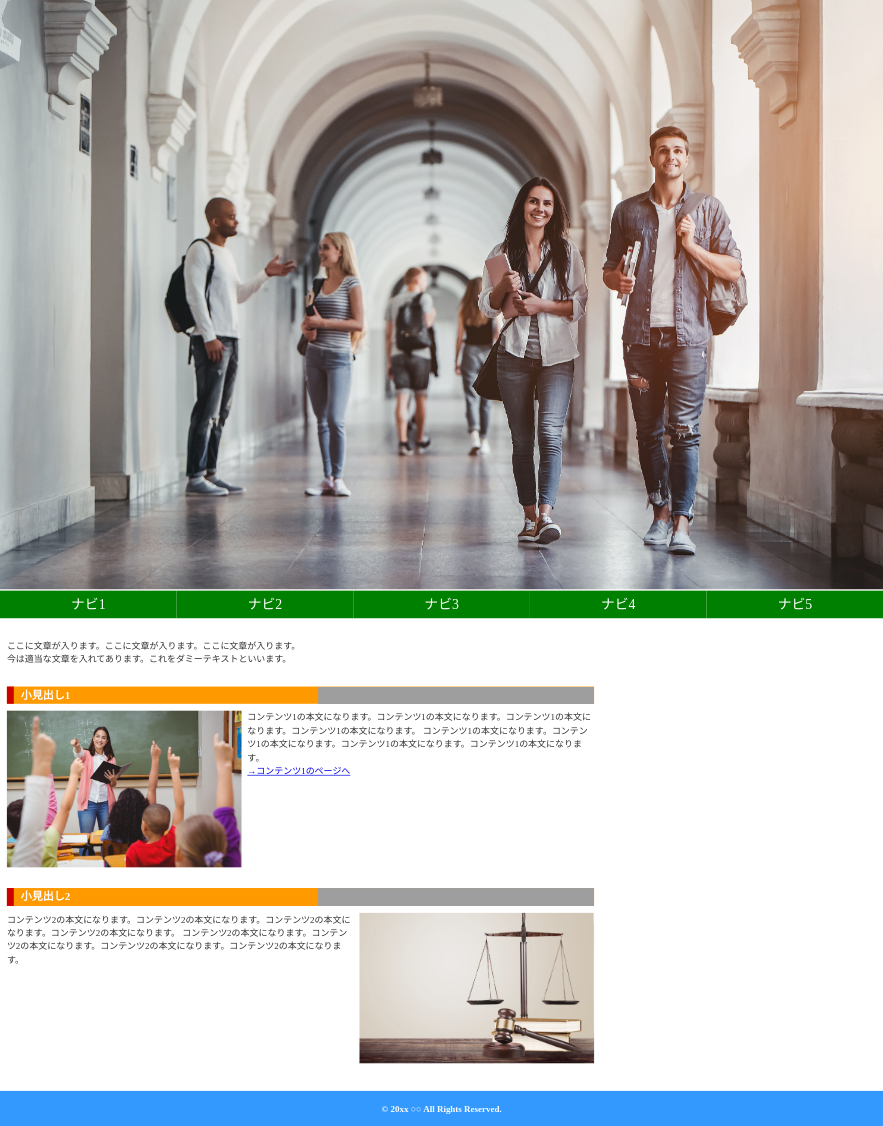
Repository: REO0315/samurai_HTML-CSS
Page: samurai/home.html
The author's editor kept a record of every edit. The page is drawn from the files as they stood at one moment, then again after the next edit.
The browser window is 1280 px wide. The pictures show the whole page, at 69% of full size.
Pictures or frames that could not be fetched are drawn as grey boxes.

Above is the page before.

After the next edit:
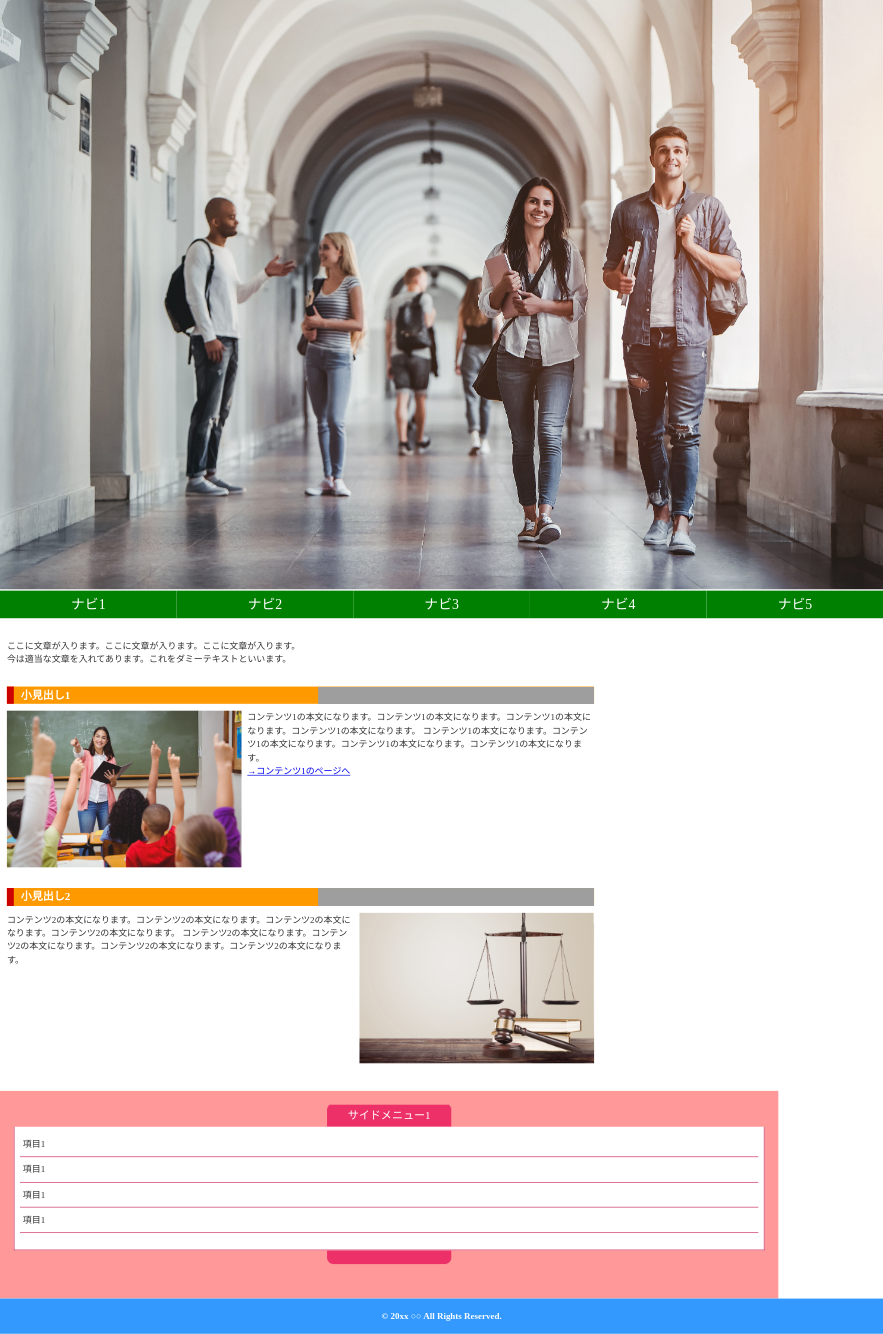
The edit:
--- a/samurai/home.html
+++ b/samurai/home.html
@@ -43,6 +43,19 @@
                 </div>
             </div>
           </div>
+            <div id="side">
+              <div class="box">
+                <h2>サイドメニュー1</h2>
+                <div class="boxBody">
+                  <ul>
+                    <li>項目1</li>
+                    <li>項目1</li>
+                    <li>項目1</li>
+                    <li>項目1</li>
+                  </ul>
+                </div>
+              </div>
+            </div>
     </div>
 
       <div id="footer">
